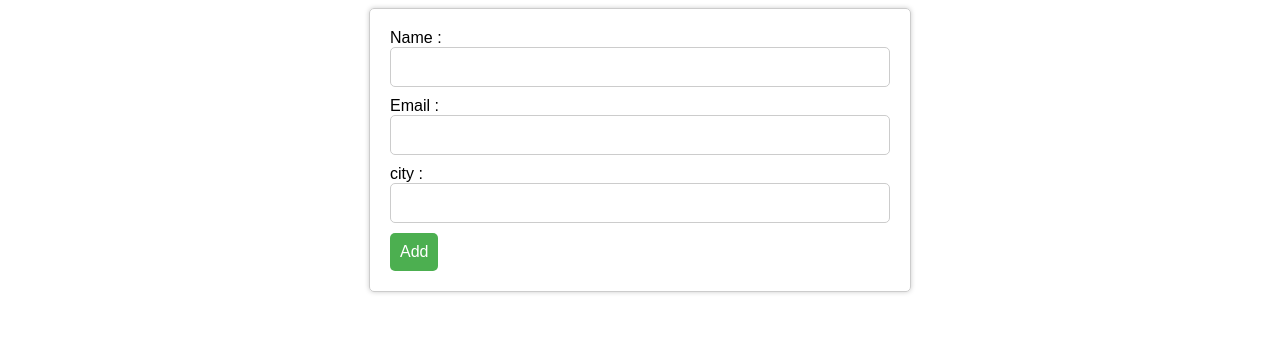
Repository: UnmeshNarayanKadam/JAVA-SPRING-HIBERNATE-PROGRAM
Page: http://localhost/spring-webapp/addCustomer.jsp
An editor plug-in stored every save of this project. The page is shown before and after the next save, followed by the edit.
The browser window is 1280 px wide. The pictures show the whole page.
The page is served by Tomcat 9.

Above is the page before, as saved 2023-02-27 05:41:37.

After the next save:
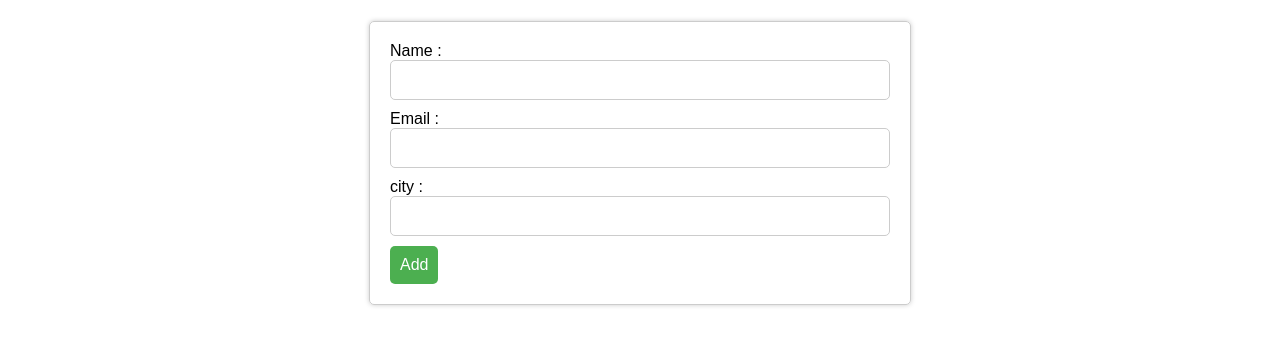
Saved 6 s later.
--- a/spring-webapp/src/main/webapp/addCustomer.jsp
+++ b/spring-webapp/src/main/webapp/addCustomer.jsp
@@ -41,7 +41,7 @@
 	</style>
 </head>
 <body>
-
+	<h1></h1>
 	<form action="add-customer">
 		Name : <input name="name" /><br>
 		Email : <input name="email" /><br>
